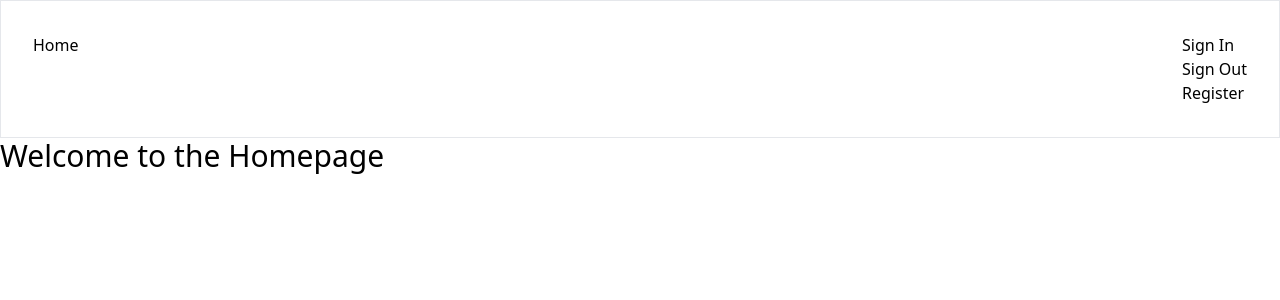
Repository: oderinde300/react-authentication-with-json-server
Page: /
An editor plug-in stored every save of this project. The page is shown before and after the next save, followed by the edit.
The browser window is 1280 px wide. The pictures show the whole page.
The project was rebuilt for these pictures with package versions that can differ from the ones it lists, and the page was loaded fresh each time. Also part of the build but not shown: src/components/authentication/Login.jsx, src/pages/LoginPage.jsx.

Above is the page before, as saved 2023-03-22 12:28:48.

After the next save:
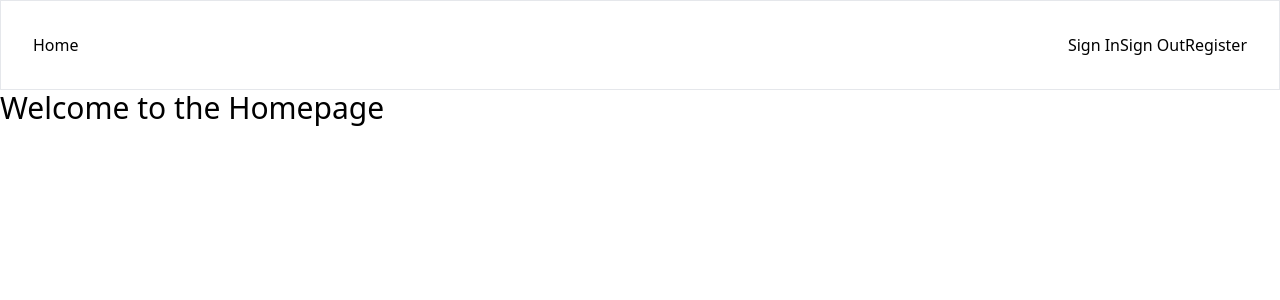
Saved 15 s later.
--- a/src/App.js
+++ b/src/App.js
@@ -8,8 +8,7 @@ function App() {
       <header>
         <nav className="border py-8 flex justify-between px-8">
           <p>Home</p>
-
-          <ul>
+          <ul className="flex ">
             <li>Sign In</li>
             <li>Sign Out</li>
             <li>Register</li>
